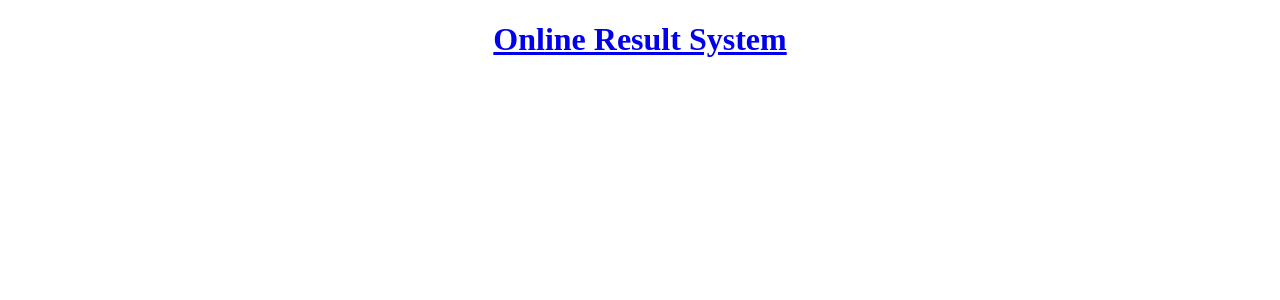
Repository: aryan190504/Advance-java
Page: http://localhost/DynamicWebProject/
These files come from the project's save history. The page is drawn as it stood at one moment and after the next save; the edit follows.
The browser window is 1280 px wide. The pictures show the whole page.
The page is served by Tomcat 9. Other server files are loaded and not shown.

Above is the page before, as saved 2024-09-13 10:06:23.

### Dynamicadvance/DynamicWebProject/WebContent/index.jsp
<%@ page language="java" contentType="text/html; charset=ISO-8859-1"
	pageEncoding="ISO-8859-1"%>
<!DOCTYPE html>
<html>
<head>
<meta charset="ISO-8859-1">
<title>Insert title here</title>
</head>
<body>
	<h1 align="center">

<!-- 		<a href="WelcomeCtl">welcome to my application</a>
 -->
 <a href = "WelcomeMarksheetCtl">Online Result System</a>
 </h1>
</body>
</html>

After the next save:
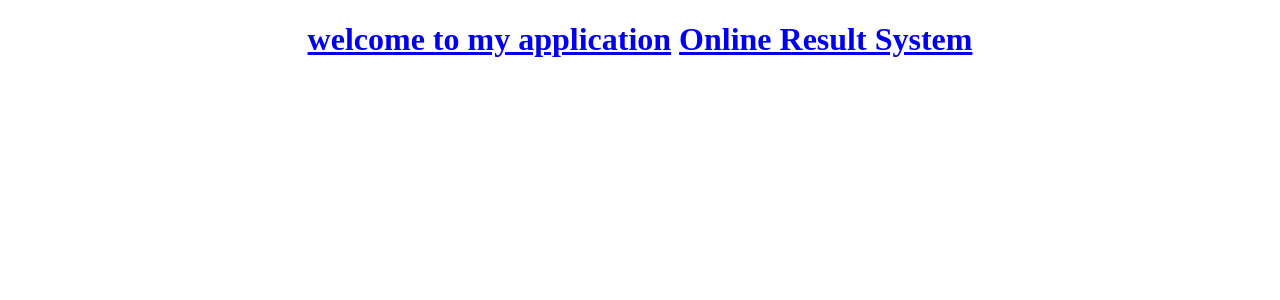
Saved 3 min 36 s later.
--- a/Dynamicadvance/DynamicWebProject/WebContent/index.jsp
+++ b/Dynamicadvance/DynamicWebProject/WebContent/index.jsp
@@ -9,9 +9,9 @@
 <body>
 	<h1 align="center">
 
-<!-- 		<a href="WelcomeCtl">welcome to my application</a>
- -->
- <a href = "WelcomeMarksheetCtl">Online Result System</a>
+ 		<a href="WelcomeCtl">welcome to my application</a>
+
+<!--  --> <a href = "WelcomeMarksheetCtl">Online Result System</a>
  </h1>
 </body>
 </html>
